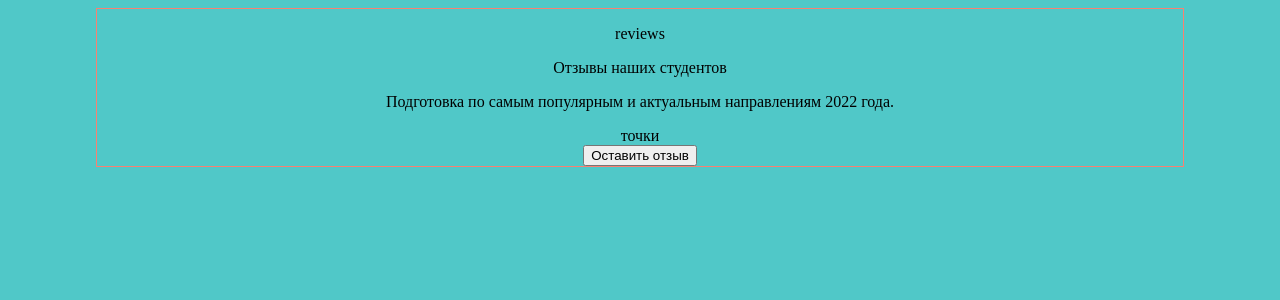
Repository: Malvuna/Studi
Page: index.html
These files come from the project's save history. The page is drawn as it stood at one moment and after a run of saves; the edit follows.
The browser window is 1280 px wide. The pictures show the whole page.

Above is the page before, as saved 2022-07-11 15:44:12.

After the next 2 saves:
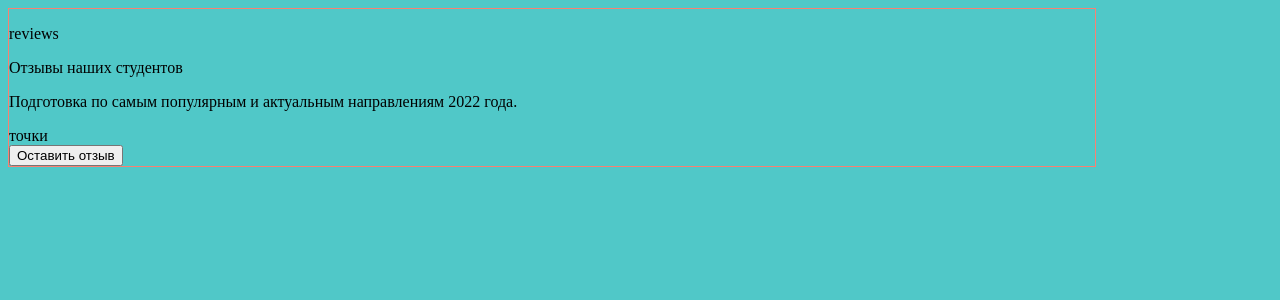
The 2 saves are shown as one change because they came seconds apart.
The last was saved 27 s later.
--- a/css/style.css
+++ b/css/style.css
@@ -6,6 +6,5 @@ body{
 .container {
     width: 1086px;
     border: 1px salmon solid;
-    margin: 0 auto;
-    text-align: center;
+    text-align: left;
 }
